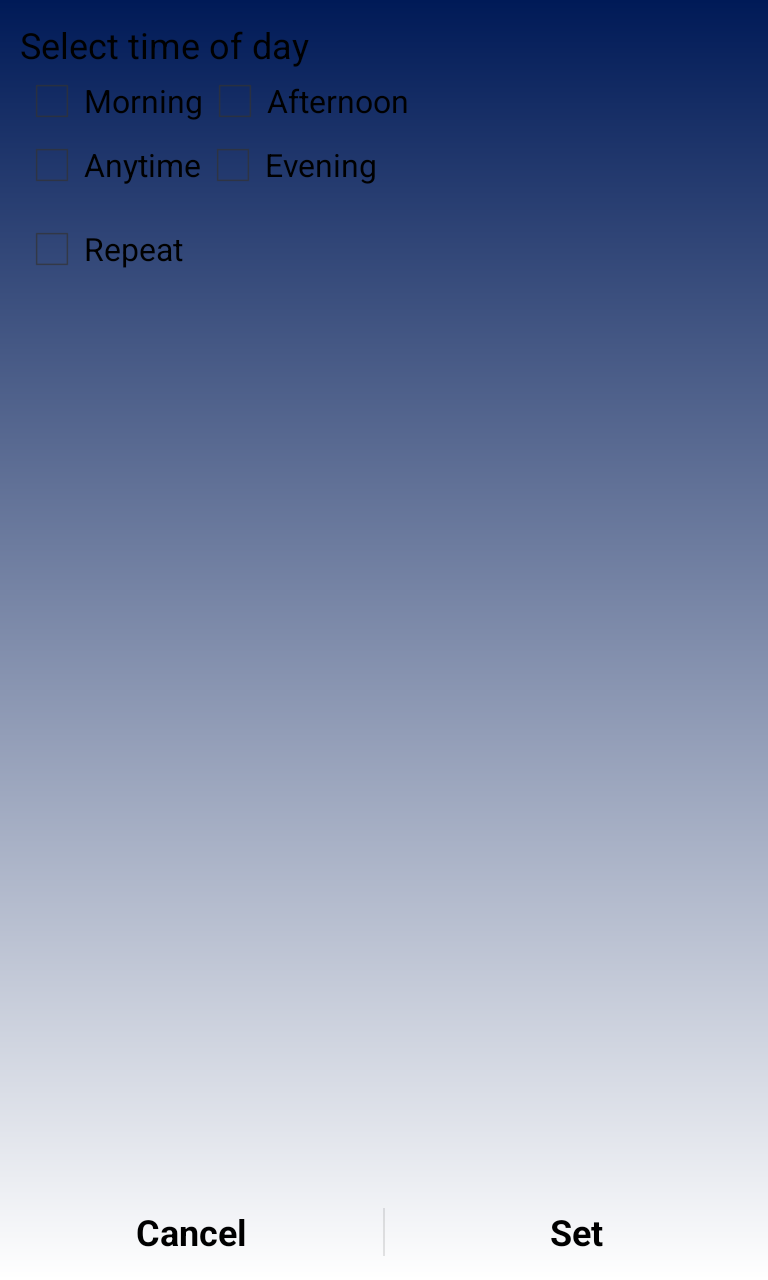
Repository: duke-compsci408-fall2014/GlassRx
Layout: AndroidRx/res/layout/fragment_new_prescription.xml
These files come from the project's save history. The layout is drawn as it stood at one moment and after the next save; the edit follows.
It is drawn on a 768 x 1280 px phone screen (xhdpi) without system bars, with theme AppTheme; the app's code is not run. The app's manifest (not shown) leaves right-to-left support off. So textAlignment, textDirection and layoutDirection are ignored, and left and right values win over start and end ones.

Above is the layout before, as saved 2014-12-10 17:44:55.

### AndroidRx/res/layout/fragment_new_prescription.xml
<?xml version="1.0" encoding="utf-8"?>
<RelativeLayout xmlns:android="http://schemas.android.com/apk/res/android"
    android:layout_width="match_parent"
    android:layout_height="match_parent" >

  	<LinearLayout
	    android:layout_width="match_parent"
	    android:layout_height="match_parent"
	    android:orientation="vertical"
	    android:padding="10dp">


	    <TextView
	        android:id="@+id/textview_select_time"
	        android:layout_width="wrap_content"
	        android:layout_height="wrap_content"
	        android:text="@string/time_of_day"
	        android:textAppearance="?android:attr/textAppearanceMedium" />

	    <LinearLayout
	        android:id="@+id/checkboxes_times"
	        android:layout_width="match_parent"
	        android:layout_height="wrap_content"
	        android:orientation="vertical">

	        <LinearLayout
	            android:layout_width="wrap_content"
	            android:layout_height="match_parent"
	            android:orientation="horizontal">

	            <CheckBox
			        android:id="@+id/checkbox_morning"
			        android:layout_width="wrap_content"
			        android:layout_height="wrap_content"
			        android:text="@string/morning" />

			    <CheckBox
			        android:id="@+id/checkbox_afternoon"
			        android:layout_width="wrap_content"
			        android:layout_height="wrap_content"
			        android:text="@string/afternoon" />

	        </LinearLayout>

	         <LinearLayout
	            android:layout_width="wrap_content"
	            android:layout_height="match_parent"
	            android:orientation="horizontal">

			    <CheckBox
			        android:id="@+id/checkbox_anytime"
			        android:layout_width="wrap_content"
			        android:layout_height="wrap_content"
			        android:text="@string/anytime" />

			    <CheckBox
			        android:id="@+id/checkbox_evening"
			        android:layout_width="wrap_content"
			        android:layout_height="wrap_content"
		   	        android:layout_marginBottom="10dp"
			        android:text="@string/evening" />
		    </LinearLayout>

	    </LinearLayout>



	    <CheckBox
	        android:id="@+id/checkbox_repeat"
	        android:layout_width="wrap_content"
	        android:layout_height="wrap_content"
	        android:text="@string/repeat" />

	    <LinearLayout
	        android:layout_width="match_parent"
	        android:layout_height="wrap_content"
	        android:orientation="horizontal">

		    <Spinner
		        android:id="@+id/spinner_repeat_interval"
		        android:layout_width="wrap_content"
		        android:layout_height="wrap_content"
		        android:layout_marginLeft="5dp"
		        android:layout_marginStart="5dp"
		        android:entries="@array/repeat_interval_list"
		        android:background="@color/dark_gray"
		        android:visibility="invisible" />

		    <TextView
		        android:id="@+id/textview_for"
		        android:layout_width="wrap_content"
		        android:layout_height="wrap_content"
		        android:layout_marginLeft="5dp"
		        android:layout_marginStart="5dp"
		        android:text="for"
		        android:textAppearance="?android:attr/textAppearanceMedium"
		        android:visibility="invisible" />

		    <EditText
		        android:id="@+id/edittext_repeat_count"
		        android:layout_width="wrap_content"
		        android:layout_height="wrap_content"
		        android:layout_marginLeft="5dp"
		        android:layout_marginStart="5dp"
		        android:ems="2"
		        android:inputType="number"
		        android:visibility="invisible" >

		        <requestFocus />
		    </EditText>

		    <TextView
		        android:id="@+id/textview_repeat_label"
		        android:layout_width="wrap_content"
		        android:layout_height="wrap_content"
		        android:layout_marginLeft="5dp"
		        android:layout_marginStart="5dp"
		        android:textAppearance="?android:attr/textAppearanceMedium"
		        android:visibility="invisible" />

	    </LinearLayout>

	</LinearLayout>

    <LinearLayout
        android:layout_width="match_parent"
        android:layout_height="wrap_content"
        android:layout_alignParentBottom="true"
        android:orientation="horizontal"
        style="?android:attr/buttonBarStyle"
        android:weightSum="1" >

        <Button
            android:id="@+id/button_go_back"
            style="?android:attr/buttonBarButtonStyle"
            android:layout_width="0dp"
            android:layout_height="match_parent"
            android:layout_weight=".5"
            android:text="@string/cancel" />

        <Button
            android:id="@+id/button_add_complete"
            style="?android:attr/buttonBarButtonStyle"
            android:layout_width="0dp"
            android:layout_height="wrap_content"
            android:layout_weight=".5"
            android:text="@string/set" />
    </LinearLayout>

</RelativeLayout>

### AndroidRx/res/drawable/gradient_background.xml
<?xml version="1.0" encoding="utf-8"?>
<shape xmlns:android="http://schemas.android.com/apk/res/android" >
    <gradient
            android:angle="90"
            android:endColor="@color/duke_blue"
            android:startColor="@color/white"
            android:type="linear" >
     </gradient>
</shape>

### AndroidRx/res/values/colors.xml
<?xml version="1.0" encoding="utf-8"?>
<resources>

    <item name="black" type="color">#FF000000</item>
    <item name="white" type="color">#FFFFFFFF</item>
    <item name="duke_blue" type="color">#FF001A57</item>
    <item name="dark_gray" type="color">#FF666666</item>
    <item name="light_gray" type="color">#FFE5E5E5</item>
    <item name="red" type="color">#FFFF0000</item>

    <integer-array name="colors">
        <item>@color/black</item>
        <item>@color/white</item>
        <item>@color/duke_blue</item>
        <item>@color/dark_gray</item>
        <item>@color/light_gray</item>
        <item>@color/red</item>
    </integer-array>

</resources>

### AndroidRx/res/drawable/custom_listview.xml
<?xml version="1.0" encoding="utf-8"?>
<shape xmlns:android="http://schemas.android.com/apk/res/android" >

    <solid android:color="@color/light_gray"/>
    <stroke android:color="@color/dark_gray" android:width="2dp" />
    <corners
     	android:bottomRightRadius="2dp"
     	android:bottomLeftRadius="2dp"
  		android:topLeftRadius="2dp"
  		android:topRightRadius="2dp"/>
</shape>

### AndroidRx/res/drawable/custom_spinner.xml
<?xml version="1.0" encoding="UTF-8"?>
<shape xmlns:android="http://schemas.android.com/apk/res/android" >
    <solid android:color="@color/white" />
    <stroke
        android:width="1dp"
        android:color="@color/dark_gray" />
</shape>

### AndroidRx/res/drawable/custom_edittext.xml
<?xml version="1.0" encoding="utf-8"?>
<shape xmlns:android="http://schemas.android.com/apk/res/android" >

    <solid android:color="@color/white"/>
    <stroke android:color="@color/dark_gray" android:width="2dp" />
    <corners
     	android:bottomRightRadius="2dp"
     	android:bottomLeftRadius="2dp"
  		android:topLeftRadius="2dp"
  		android:topRightRadius="2dp"/>
</shape>

### AndroidRx/res/drawable/custom_button.xml
<?xml version="1.0" encoding="utf-8"?>
<selector xmlns:android="http://schemas.android.com/apk/res/android" >
    <item android:state_selected="true" android:drawable="@drawable/custom_button_selected"/>
    <item android:state_pressed="true" android:drawable="@drawable/custom_button_pressed"/>
    <item android:drawable="@drawable/custom_button_default"/>
</selector>

### AndroidRx/res/drawable/custom_button_selected.xml
<?xml version="1.0" encoding="utf-8"?>
<shape xmlns:android="http://schemas.android.com/apk/res/android" >

    <solid android:color="#FF333333"/>
    <corners android:radius="2dp" />

</shape>

### AndroidRx/res/drawable/custom_button_pressed.xml
<?xml version="1.0" encoding="utf-8"?>
<shape xmlns:android="http://schemas.android.com/apk/res/android" >

    <solid android:color="#66666666"/>
    <corners android:radius="2dp" />

</shape>

### AndroidRx/res/drawable/custom_button_default.xml
<?xml version="1.0" encoding="utf-8"?>
<shape xmlns:android="http://schemas.android.com/apk/res/android" >

    <solid android:color="@color/dark_gray"/>
    <corners android:radius="2dp"/>

</shape>

### AndroidRx/res/values/strings.xml
<?xml version="1.0" encoding="utf-8"?>
<resources>

    <string name="app_name">AndroidRx</string>
    <string name="hello_world">Hello world!</string>
    <string name="action_settings">Settings</string>
    <string name="action_logout">Log Out</string>
    <string name="androidrx">AndroidRx</string>
    <string name="add_med">+ Add Events</string>
    <string name="add_patient">+ Add Patient</string>
    <string name="new_med">New Medication</string>
    <string name="enter_med_name">Medication Name</string>
    <string name="medication_icon">Medication Icon</string>
    <string name="duke_logo">Duke Logo</string>
    <string name="set_day_time">Set Day and Time</string>
    <string name="set">Set</string>
    <string name="cancel">Cancel</string>
    <string name="new_prescription">New</string>
    <string name="repeat">Repeat</string>
    <string name="weeks">Weeks</string>
    <string name="select_date">Select a Date</string>
    <string name="dose_quantity">Dose</string>
    <string name="enter_dose_description">Description, e.g. \'Pill\', \'Drop\'</string>

    <string-array name="repeat_interval_list">
        <item>Daily</item>
        <item>Weekly</item>
    </string-array>
    <string-array name="repeat_interval_labels_list">
        <item>Days</item>
        <item>Weeks</item>
    </string-array>

    <!-- For testing purposes only; remove when real data is available -->
    <string-array name="patient_list">
        <item>Eli Manning</item>
        <item>Vincent Wang</item>
    </string-array>
    <string-array name="med_list">
        <item>Sertraline Hydrochloride</item>
        <item>Acetaminophen</item>
        <item>Monopril</item>
    </string-array>
    <string-array name="alarm_array">
        <item>Thursday, 11&#8211;6&#8211;2014, 9:00AM</item>
        <item>Thursday, 11&#8211;13&#8211;2014, 9:00AM</item>
        <item>Thursday, 11&#8211;20&#8211;2014, 9:00AM</item>
    </string-array>
    <string-array name="med_details_array">
        <item>Purpose:  Multivitamin</item>
        <item>Side Effects:  Yabba Dabba Diarrhea</item>
        <item>Dose:  1 Tablet</item>
        <item>Schedule:  Thursdays, 9:00AM</item>
    </string-array>

    <string name="title_activity_main">MainActivity</string>
    <string name="title_activity_splash">SplashActivity</string>
    <string name="title_activity_patient_list">Patient List</string>
    <string name="title_activity_patient">Patient Profile</string>
    <string name="title_activity_edit_med">Edit Medication</string>
    <string name="title_activity_new_prescription">New Prescription</string>
    <string name="title_activity_medication">Medication Details</string>
    <string name="med_name">Name:</string>
    <string name="med_purpose">Purpose:</string>
    <string name="med_side_effects">Side Effects:</string>
    <string name="done">Done</string>
    <string name="add_time">+ Add Time</string>
    <string name="title_activity_med_info">Med Info Activity</string>
    <string name="title_activity_picture">PictureActivity</string>
    <string name="monday">Monday</string>
    <string name="tuesday">Tuesday</string>
    <string name="wednesday">Wednesday</string>
    <string name="thursday">Thursday</string>
    <string name="friday">Friday</string>
    <string name="saturday">Saturday</string>
    <string name="sunday">Sunday</string>
    <string name="morning">Morning</string>
    <string name="afternoon">Afternoon</string>
    <string name="evening">Evening</string>
    <string name="anytime">Anytime</string>
    <string name="time_of_day">Select time of day</string>
    <string name="title_activity_provider_medication">Medication Info</string>
    <string name="title_activity_patient_new_prescriptions">New Prescriptions</string>
    <string name="title_activity_patient_profile">My Profile</string>
    <string name="title_activity_patient_set_schedule">PatientSetScheduleActivity</string>

</resources>

Loaded but not shown: AndroidRx/res/values/styles.xml (common file); AndroidRx/res/values-v11/styles.xml (common file); AndroidRx/res/values-v14/styles.xml (common file)

After the next save:
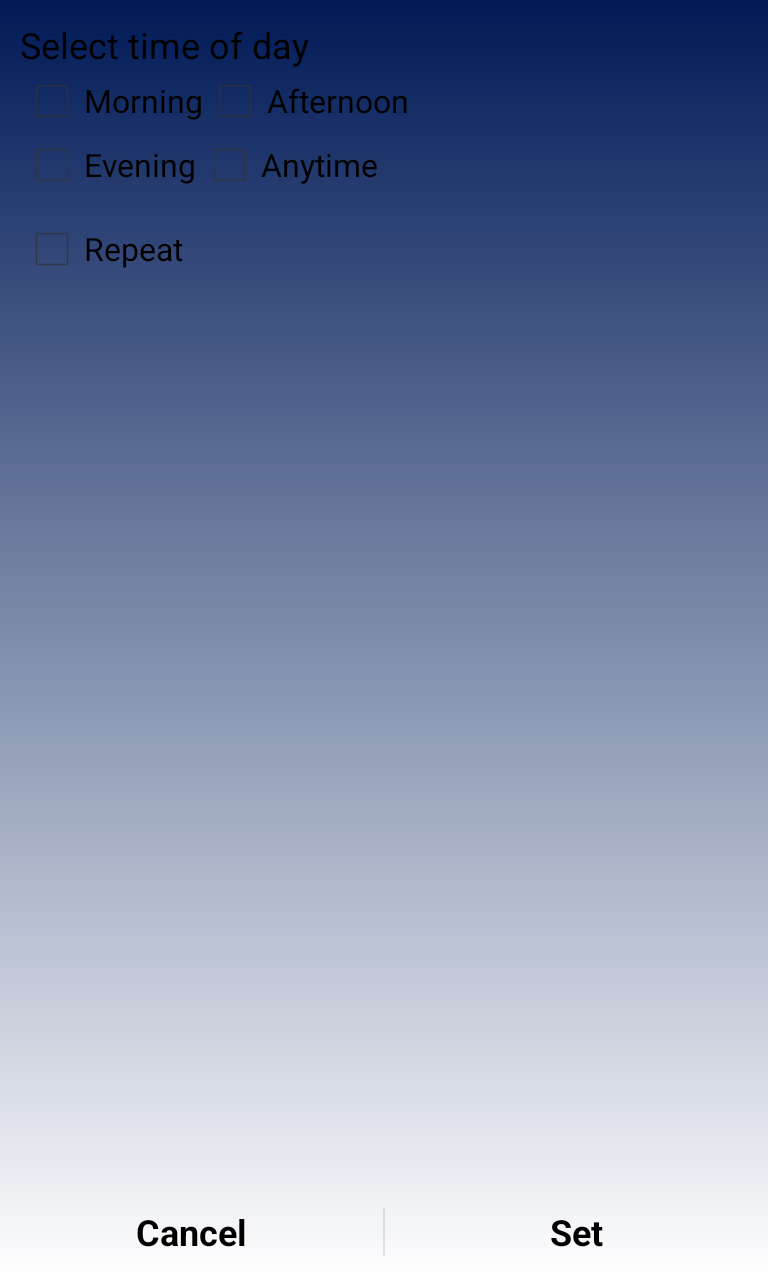
Saved 20 s later.
--- a/AndroidRx/res/layout/fragment_new_prescription.xml
+++ b/AndroidRx/res/layout/fragment_new_prescription.xml
@@ -48,17 +48,17 @@
 	            android:orientation="horizontal">
 
 			    <CheckBox
-			        android:id="@+id/checkbox_anytime"
-			        android:layout_width="wrap_content"
-			        android:layout_height="wrap_content"
-			        android:text="@string/anytime" />
-
-			    <CheckBox
 			        android:id="@+id/checkbox_evening"
 			        android:layout_width="wrap_content"
 			        android:layout_height="wrap_content"
 		   	        android:layout_marginBottom="10dp"
 			        android:text="@string/evening" />
+
+			    <CheckBox
+			        android:id="@+id/checkbox_anytime"
+			        android:layout_width="wrap_content"
+			        android:layout_height="wrap_content"
+			        android:text="@string/anytime" />
 		    </LinearLayout>
 
 	    </LinearLayout>
